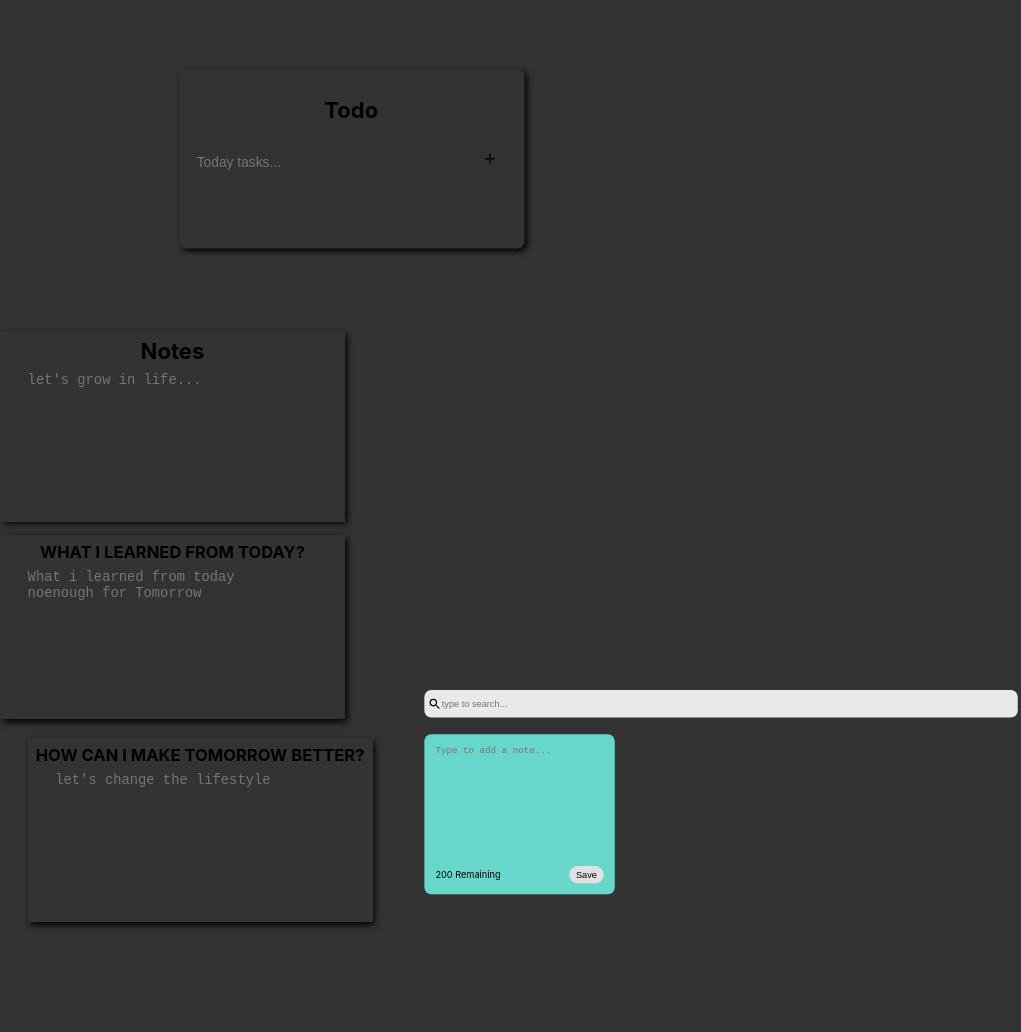
Repository: subhamRsahoo/note
Page: /
The author's editor kept a copy of each file at every save. The page is drawn from the files as they stood at one save, then again after the next save.
The browser window is 768 px wide. The page is 1480 px wide, so the pictures cover 1480 px, including what lies to the right of the window. The pictures show the whole page, at 69% of full size.
The project was rebuilt for these pictures with package versions that can differ from the ones it lists, and the page was loaded fresh each time. Also part of the build but not shown: src/components/New folder/components/Note.js.

Above is the page before, as saved 2021-07-15 18:41:19.

After the next save:
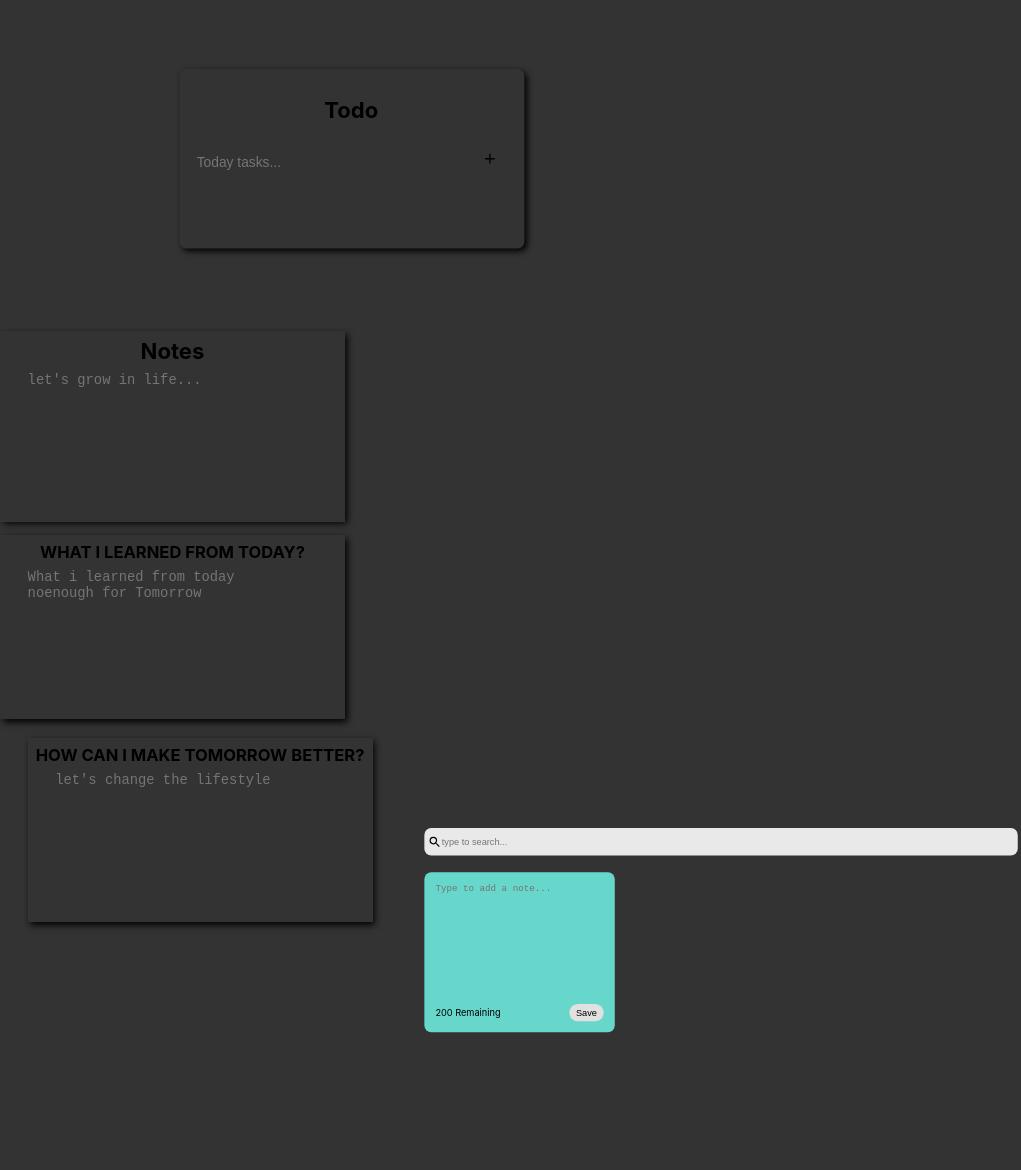
Saved 13 s later.
--- a/src/components/New folder/index.css
+++ b/src/components/New folder/index.css
@@ -129,7 +129,7 @@ textarea:focus {
 	.container1
 	{
 		position: relative;
-		top: 300px;
+		top: 500px;
 	}
 }
 
